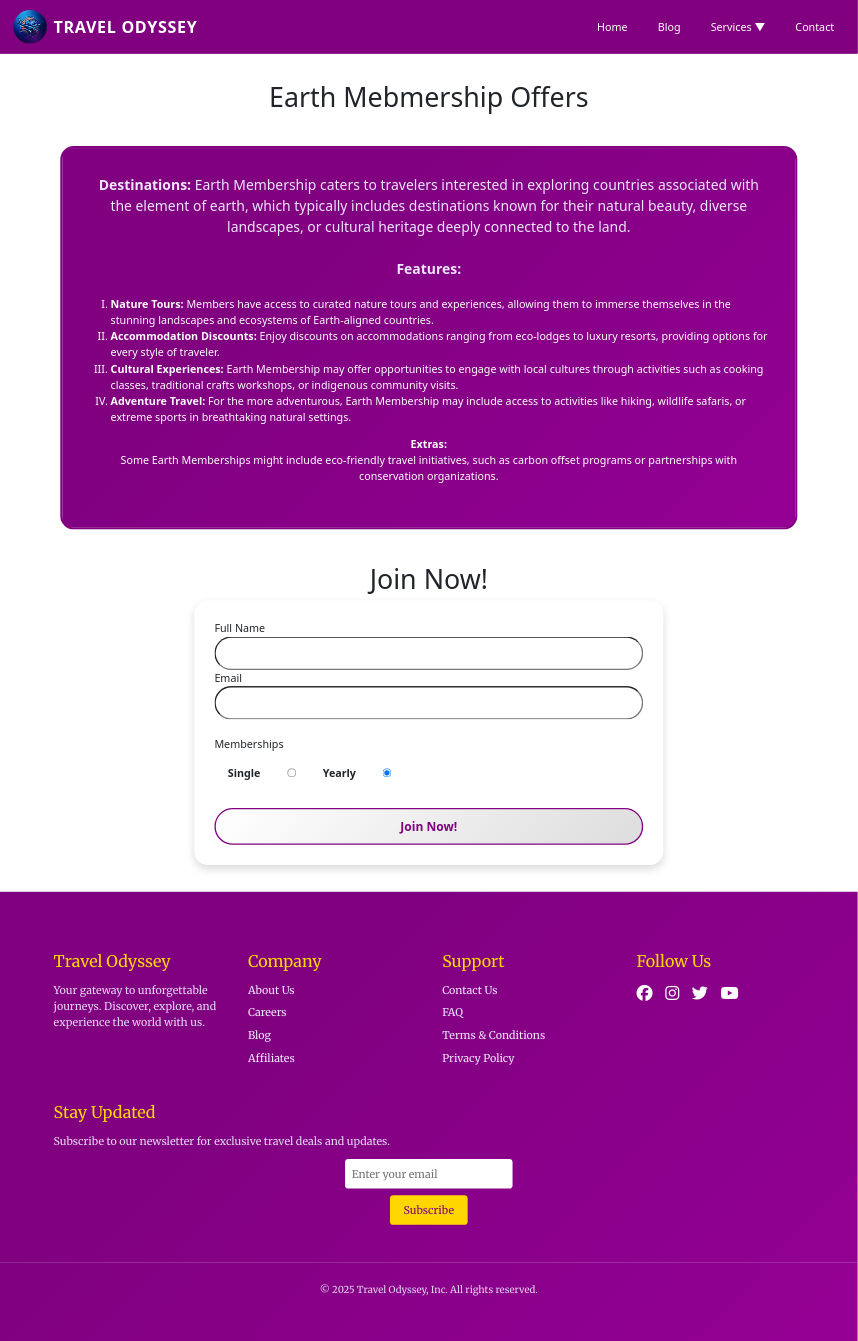
Repository: GHzPhoenix/Project-Odyssey
Page: Frontend/earth.html
These files come from the project's save history. The page is drawn as it stood at one moment and after the next save; the edit follows.
The browser window is 1280 px wide. The pictures show the whole page, at 67% of full size.
Some web libraries are served in a nearby version.

Above is the page before, as saved 2025-06-08 16:38:07.

### Frontend/earth.html
<!DOCTYPE html>
<html lang="en">
<head>
    <meta charset="UTF-8">
    <meta name="viewport" content="width=device-width, initial-scale=1.0">
    <title>Earth Membership</title>
    <link rel="stylesheet" href="/Frontend/css/style.css" />
    <link rel="preconnect" href="https://fonts.googleapis.com">
<link rel="preconnect" href="https://fonts.gstatic.com" crossorigin>
<link href="https://fonts.googleapis.com/css2?family=Merriweather:ital,wght@0,300;0,400;0,700;0,900;1,300;1,400;1,700;1,900&display=swap" rel="stylesheet">
<link href="https://cdn.jsdelivr.net/npm/bootstrap@5.3.3/dist/css/bootstrap.min.css" rel="stylesheet" integrity="sha384-QWTKZyjpPEjISv5WaRU9OFeRpok6YctnYmDr5pNlyT2bRjXh0JMhjY6hW+ALEwIH" crossorigin="anonymous">
<script src="https://cdn.jsdelivr.net/npm/bootstrap@5.3.3/dist/js/bootstrap.bundle.min.js" integrity="sha384-YvpcrYf0tY3lHB60NNkmXc5s9fDVZLESaAA55NDzOxhy9GkcIdslK1eN7N6jIeHz" crossorigin="anonymous"></script>
</head>

<body>
  <header>
    <nav>
      <div class="logo">
        <img src="/Frontend/assets/your-logo.png" alt="Logo">
          Travel Odyssey
      </div>

      <div class="menu-toggle" onclick="toggleMenu()">
          <div></div>
          <div></div>
          <div></div>
      </div>

      <ul>
          <li><a href="index.html">Home</a></li>
          <li><a href="city.html">Blog</a></li>
          <li>
              <a href="#">Services ▼</a>
              <div class="dropdown">
                  <a href="membership.html">Memberships</a>
                  <a href="dream.html">Plan your Trip</a>
                  <a href="client-area.html">Client Area</a>
              </div>
          </li>
          <li><a href="contact.html">Contact</a></li>
      </ul>
  </nav>
    </header>
    <main>
        <h1>Earth Mebmership Offers</h1>
        <div class="big-box">
        <p><b>Destinations:</b> Earth Membership caters to travelers interested in exploring countries associated with the element of earth, which typically includes destinations known for their natural beauty, diverse landscapes, or cultural heritage deeply connected to the land.<br>
            <br>
            <b>Features:</b>
            <ol type="I">
            <li><b>Nature Tours:</b> Members have access to curated nature tours and experiences, allowing them to immerse themselves in the stunning landscapes and ecosystems of Earth-aligned countries.</li>
           <li> <b>Accommodation Discounts:</b> Enjoy discounts on accommodations ranging from eco-lodges to luxury resorts, providing options for every style of traveler.</li>
           <li><b>Cultural Experiences:</b> Earth Membership may offer opportunities to engage with local cultures through activities such as cooking classes, traditional crafts workshops, or indigenous community visits.</li>
            <li><b>Adventure Travel:</b> For the more adventurous, Earth Membership may include access to activities like hiking, wildlife safaris, or extreme sports in breathtaking natural settings.</li>

            </ol>
            <b>Extras:</b> Some Earth Memberships might include eco-friendly travel initiatives, such as carbon offset programs or partnerships with conservation organizations. </p>
        </div>
        <h1> Join Now!</h1>
        <div class="container">

                <form id="booking-form">
                    <label for="name">Full Name</label>
                    <input  type="text" id="name" name="name" required>
               <br>
                    <label for="email">Email</label>
                    <input type="email" id="email" name="email" required>
                <br>
                <table class="subs">
                    <br>
                    Memberships
                    <tr>
                <th><label for="period">Single</label></th>
                <td><input type="radio" id="Monthly" name="period" value="Monthly"></td>
                <th><label for="period">Yearly</label></th>
                <td><input type="radio" id="Yearly" name="period" value="Yearly" checked></td>
                </tr>
                </table>
                <a href="checkout.html" style="text-decoration: none; color: white;"> <button class="submit">Join Now!</button></a>
    </form>
</main>
<footer class="footer">
    <div class="footer-container">
        <!-- Company Info -->
        <div class="footer-section">
            <h3>Travel Odyssey</h3>
            <p>Your gateway to unforgettable journeys. Discover, explore, and experience the world with us.</p>
        </div>

        <!-- Quick Links -->
        <div class="footer-section">
            <h3>Company</h3>
            <ul>
                <li><a href="aboutus.html">About Us</a></li>
                <li><a href="careers.html">Careers</a></li>
                <li><a href="blog.html">Blog</a></li>
                <li><a href="affiliates.html">Affiliates</a></li>
            </ul>
        </div>

        <!-- Customer Support -->
        <div class="footer-section">
            <h3>Support</h3>
            <ul>
                <li><a href="contact.html">Contact Us</a></li>
                <li><a href="faq.html">FAQ</a></li>
                <li><a href="terms.html">Terms & Conditions</a></li>
                <li><a href="privacy.html">Privacy Policy</a></li>
            </ul>
        </div>

        <!-- Social Media -->
        <div class="footer-section">
            <h3>Follow Us</h3>
            <div class="social-icons">
                <a href="#"><i class="fab fa-facebook"></i></a>
                <a href="#"><i class="fab fa-instagram"></i></a>
                <a href="#"><i class="fab fa-twitter"></i></a>
                <a href="#"><i class="fab fa-youtube"></i></a>
            </div>
        </div>

        <!-- Newsletter Subscription -->
        <div class="footer-section newsletter">
            <h3>Stay Updated</h3>
            <p>Subscribe to our newsletter for exclusive travel deals and updates.</p>
            <form action="#">
                <input type="email" placeholder="Enter your email" required>
                <button type="submit">Subscribe</button>
            </form>
        </div>
    </div>

    <hr>

    <div class="footer-bottom">
        <p>© 2025 Travel Odyssey, Inc. All rights reserved.</p>
    </div>
</footer>

<!-- FontAwesome for icons -->
<script src="https://kit.fontawesome.com/a076d05399.js" crossorigin="anonymous"></script>

<script>
  function toggleMenu() {
      document.querySelector("nav ul").classList.toggle("active");
  }
</script>
</body>
</html>

Loaded but not shown: Frontend/css/style.css (994 lines, source omitted)

After the next save:
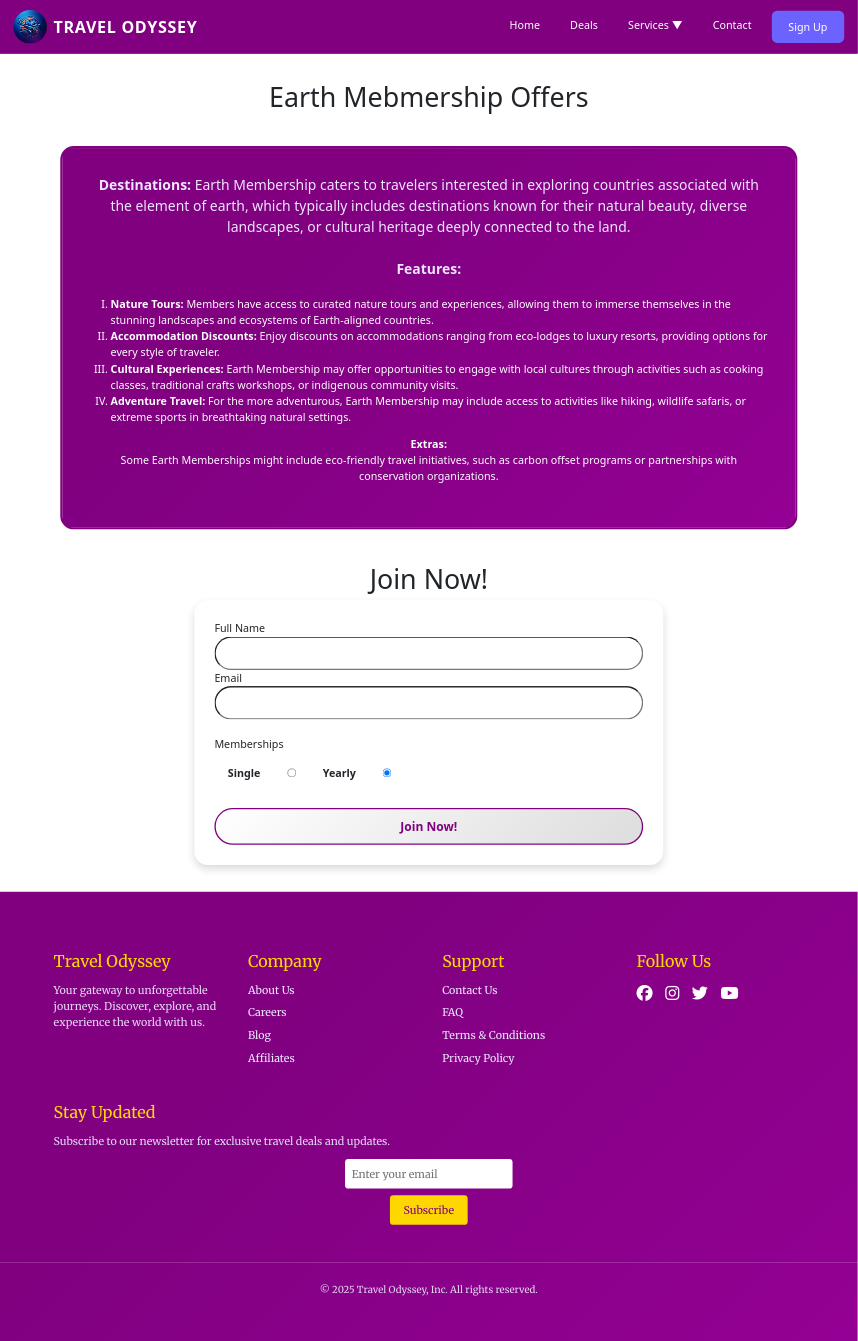
Saved 9 s later.
--- a/Frontend/earth.html
+++ b/Frontend/earth.html
@@ -14,32 +14,31 @@
 
 <body>
   <header>
-    <nav>
-      <div class="logo">
-        <img src="/Frontend/assets/your-logo.png" alt="Logo">
+      <nav>
+        <div class="logo">
+          <img src="/Frontend/assets/your-logo.png" alt="Logo" />
           Travel Odyssey
-      </div>
-
-      <div class="menu-toggle" onclick="toggleMenu()">
+        </div>
+        <div class="menu-toggle" onclick="toggleMenu()">
           <div></div>
           <div></div>
           <div></div>
-      </div>
-
-      <ul>
+        </div>
+        <ul class="nav-menu">
           <li><a href="index.html">Home</a></li>
-          <li><a href="city.html">Blog</a></li>
-          <li>
-              <a href="#">Services ▼</a>
-              <div class="dropdown">
-                  <a href="membership.html">Memberships</a>
-                  <a href="dream.html">Plan your Trip</a>
-                  <a href="client-area.html">Client Area</a>
-              </div>
+          <li><a href="deals.html">Deals</a></li>
+          <li class="dropdown-parent">
+            <a href="#">Services ▼</a>
+            <div class="dropdown">
+              <a href="membership.html">Memberships</a>
+              <a href="dream.html">Plan your Trip</a>
+              <a href="client-area.html">Client Area</a>
+            </div>
           </li>
           <li><a href="contact.html">Contact</a></li>
-      </ul>
-  </nav>
+          <li><a href="signup.html" class="signup-btn">Sign Up</a></li>
+        </ul>
+      </nav>
     </header>
     <main>
         <h1>Earth Mebmership Offers</h1>
